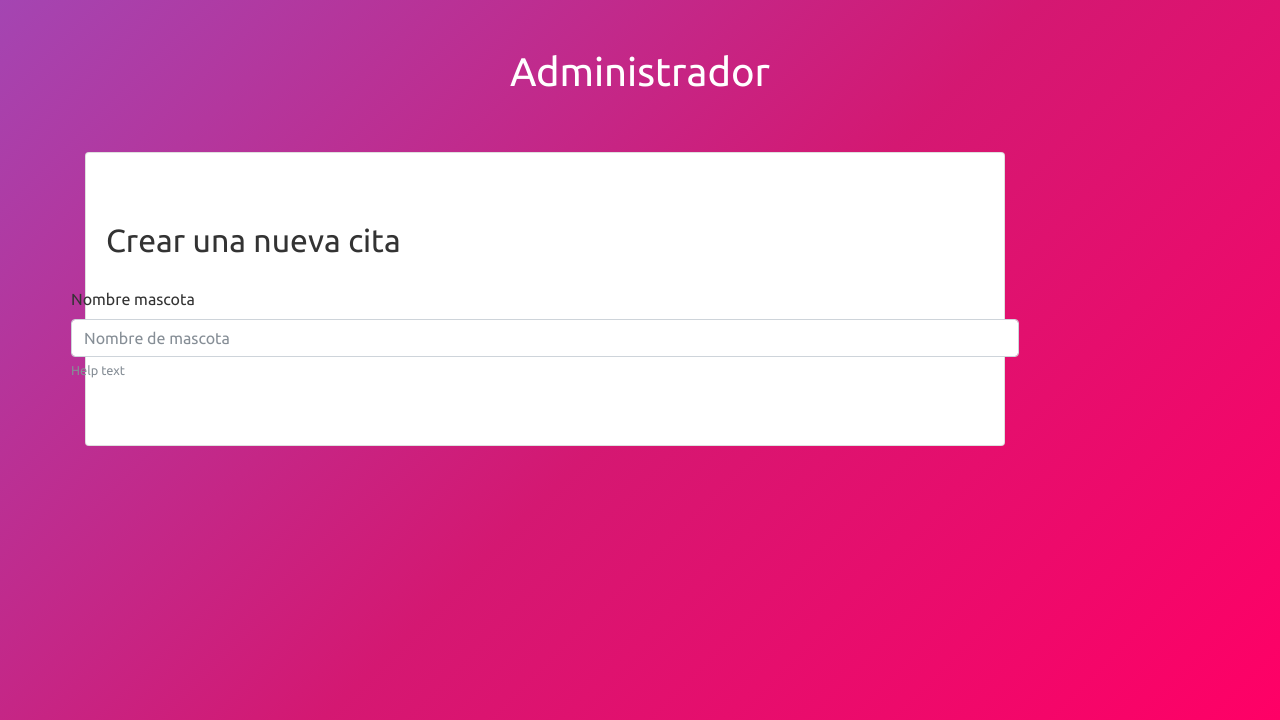
Repository: harrycampaz/react-veterinario-form
Page: /
These files come from the project's save history. The page is drawn as it stood at one moment and after the next save; the edit follows.
The browser window is 1280 px wide. The pictures show the whole page.
The project was rebuilt for these pictures with package versions that can differ from the ones it lists, and the page was loaded fresh each time.

Above is the page before, as saved 2020-01-16 14:10:10.

After the next save:
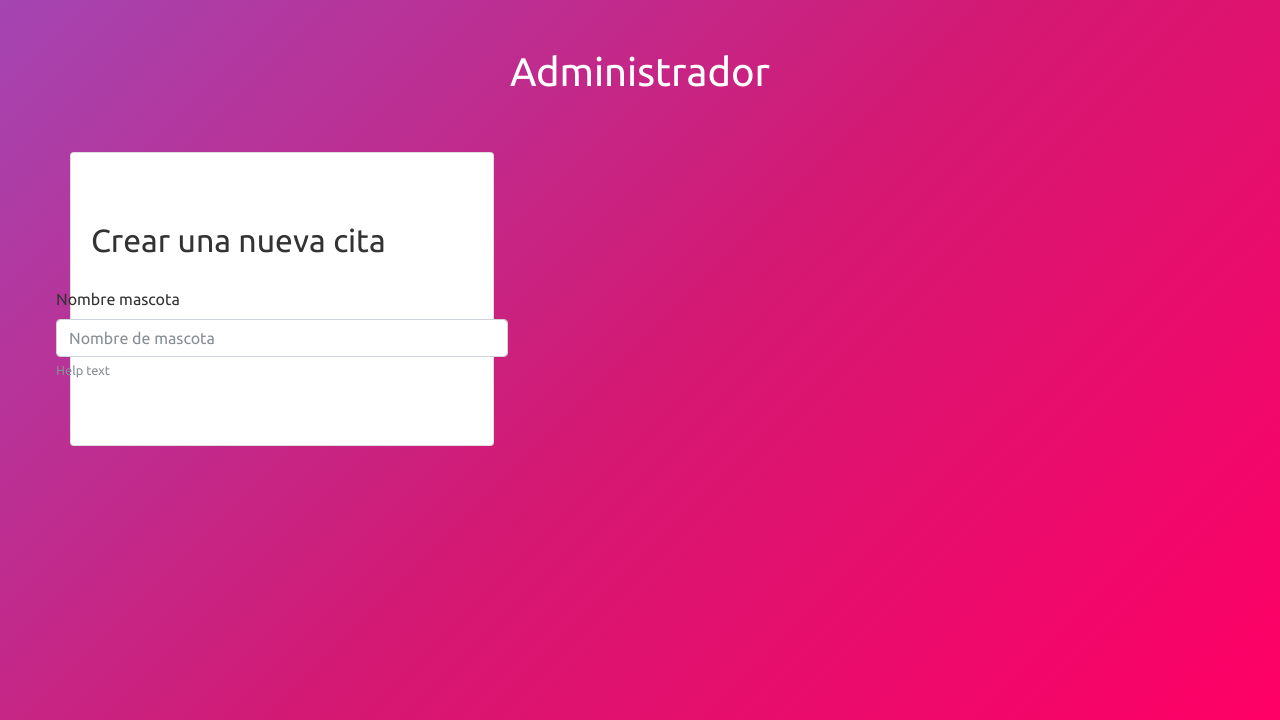
Saved 29 s later.
--- a/src/App.js
+++ b/src/App.js
@@ -10,7 +10,7 @@
       <div className="container">
         <Header titulo="Administrador" />
         <div className="row">
-          <div className="col-md-10 max-auto">
+          <div >
             <NuevaCita />
           </div>
         </div>

After the save that followed:
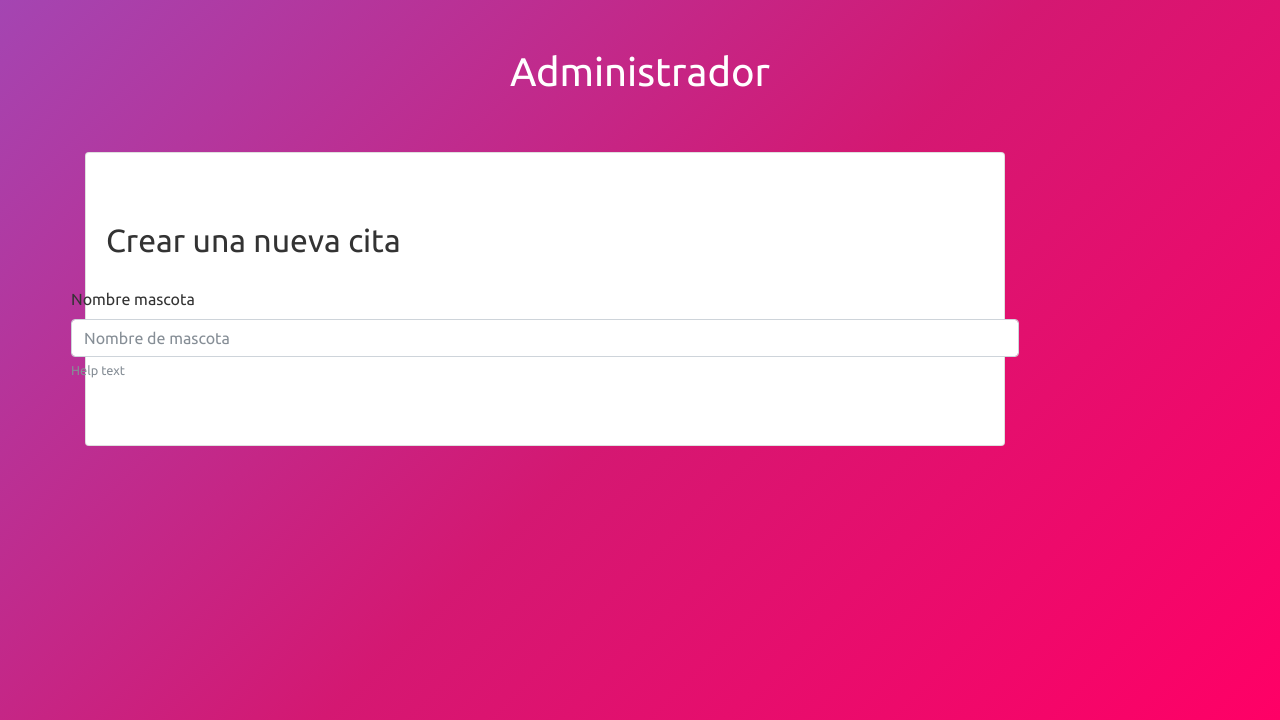
Saved 5 s later.
--- a/src/App.js
+++ b/src/App.js
@@ -10,7 +10,7 @@
       <div className="container">
         <Header titulo="Administrador" />
         <div className="row">
-          <div >
+          <div className="col-md-10 max-auto">
             <NuevaCita />
           </div>
         </div>
